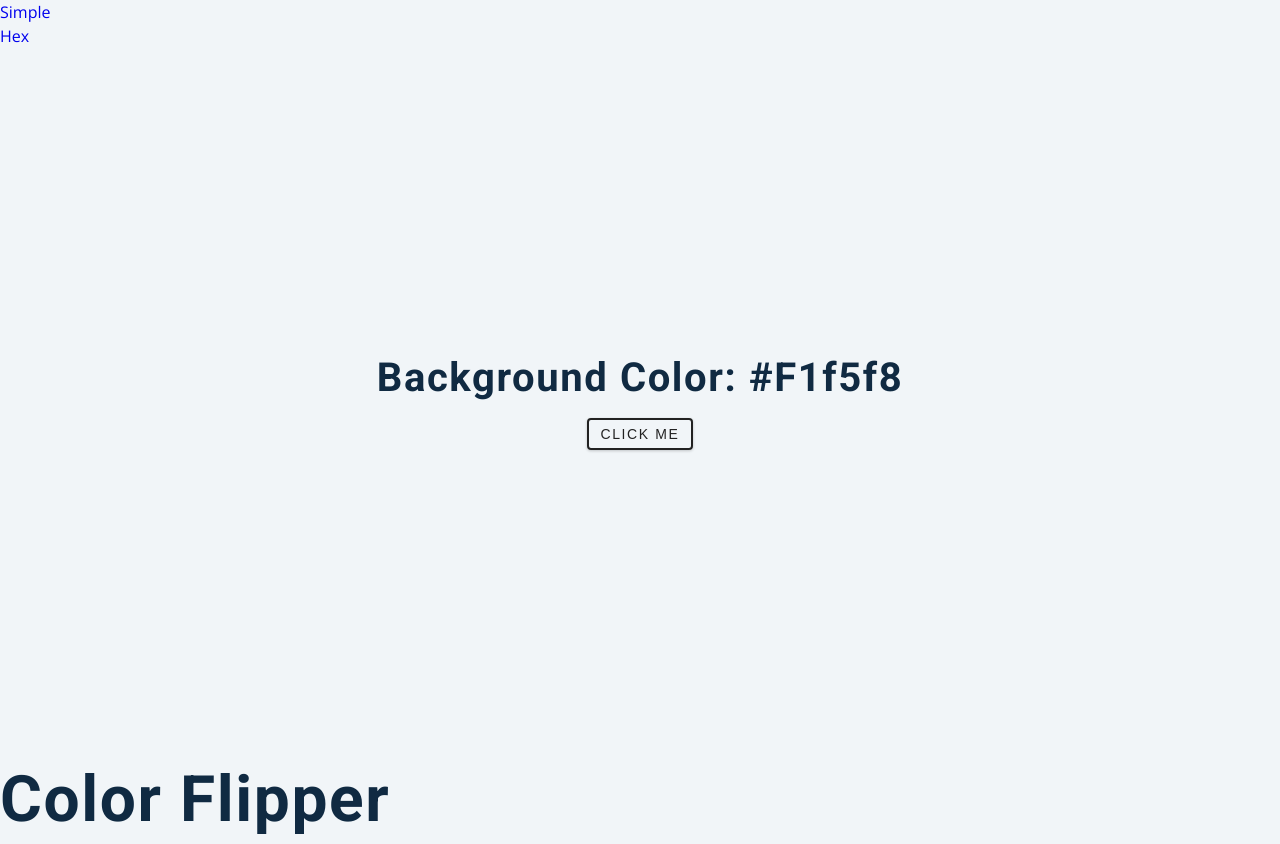
Repository: mosesvk/javascript-basic-projects
Page: 01-color-flipper/setup/index.html
These files come from the project's save history. The page is drawn as it stood at one moment and after the next save; the edit follows.
The browser window is 1280 px wide. The pictures show the whole page.

Above is the page before, as saved 2023-08-24 17:06:36.

After the next save:
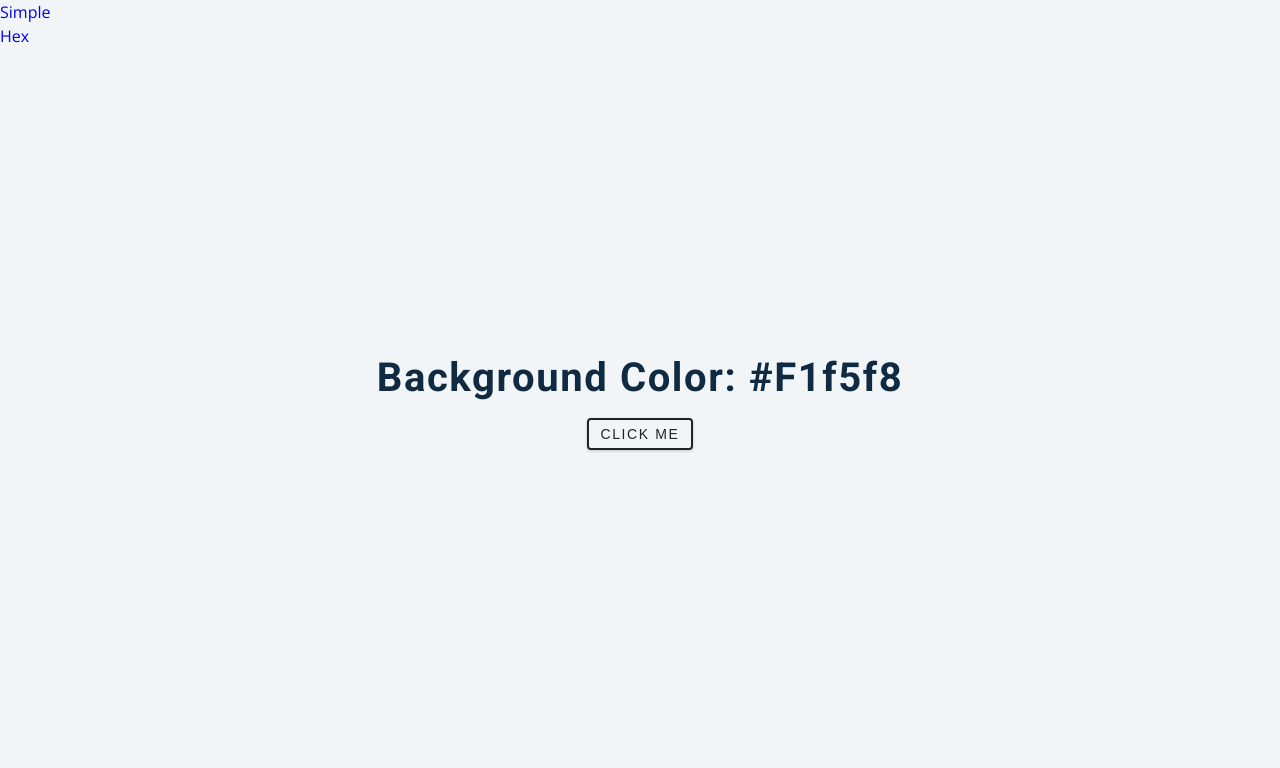
Saved 83 s later.
--- a/01-color-flipper/setup/index.html
+++ b/01-color-flipper/setup/index.html
@@ -27,7 +27,7 @@
         <button class="btn btn-hero" id="btn">Click Me</button>
       </div>
     </main>
-    <h1>color flipper</h1>
+
     <!-- javascript -->
     <script src="app.js"></script>
   </body>
